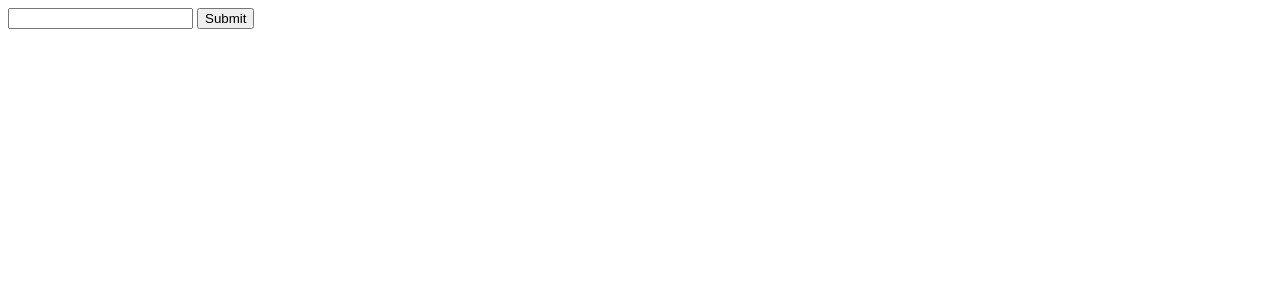
Repository: kjng/java-playground
Page: youtube/java/SimpleServletProject/WebContent/SimpleForm.html
The author's editor kept a copy of each file at every save. The page is drawn from the files as they stood at one save, then again after the next save.
The browser window is 1280 px wide. The pictures show the whole page.

Above is the page before, as saved 2017-08-04 13:31:07.

After the next save:
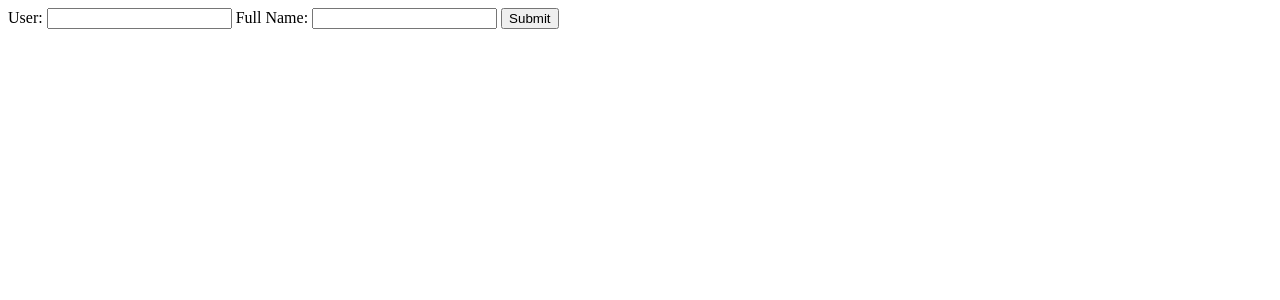
Saved 10 min 1 s later.
--- a/youtube/java/SimpleServletProject/WebContent/SimpleForm.html
+++ b/youtube/java/SimpleServletProject/WebContent/SimpleForm.html
@@ -7,7 +7,11 @@
 <body>
 
 	<form method="post" action="xmlServletPath">
+		<label>User:</label>
 		<input name="user" />
+
+		<label>Full Name:</label>
+		<input name="fullName" />
 		<input type="submit" />
 	</form>
 
